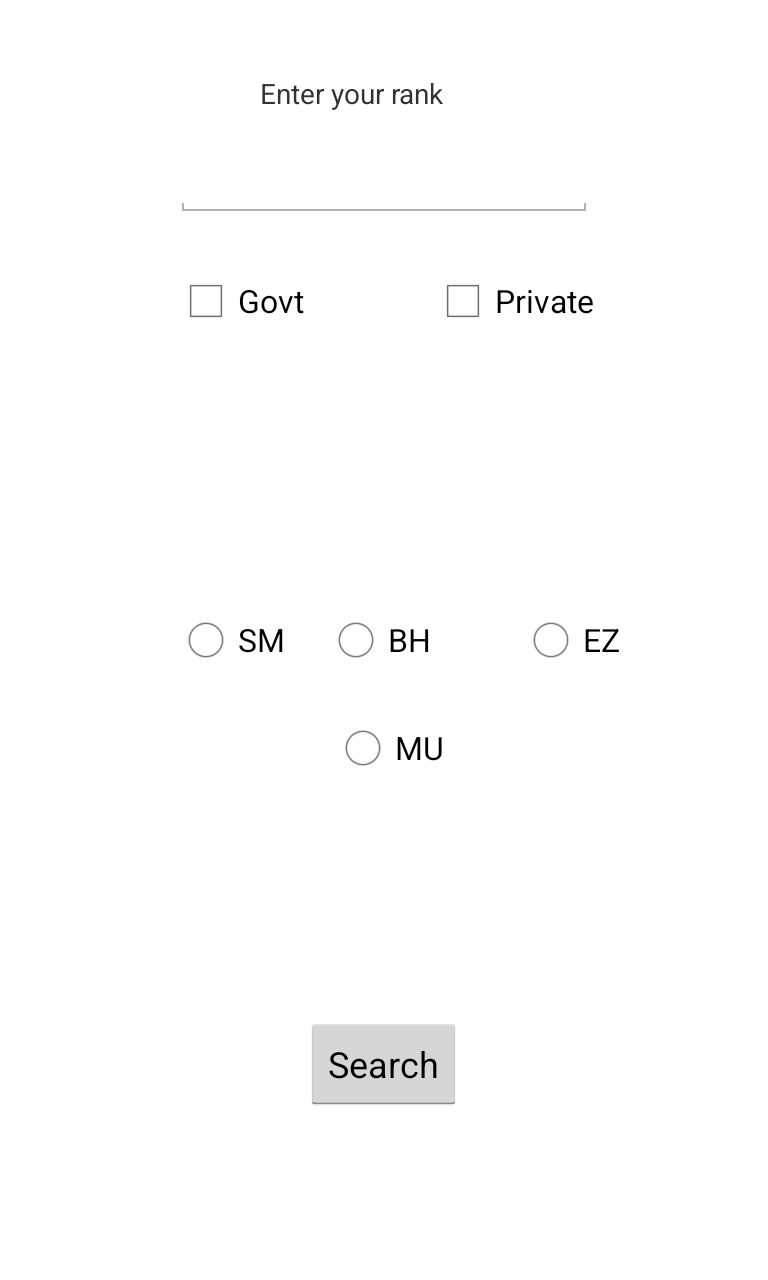
Repository: sandeepsas/Keam360
Layout: KEAM360/res/layout/activity_main.xml
The author's editor kept a copy of each file at every save. The layout is drawn from the files as they stood at one save, then again after a run of saves.
It is drawn on a 768 x 1280 px phone screen (xhdpi) without system bars, with theme AppTheme; the app's code is not run.

Above is the layout before, as saved 2015-08-02 18:18:35.

### KEAM360/res/layout/activity_main.xml
<RelativeLayout xmlns:android="http://schemas.android.com/apk/res/android"
    xmlns:tools="http://schemas.android.com/tools"
    android:layout_width="match_parent"
    android:layout_height="match_parent"
    android:paddingBottom="@dimen/activity_vertical_margin"
    android:paddingLeft="@dimen/activity_horizontal_margin"
    android:paddingRight="@dimen/activity_horizontal_margin"
    android:paddingTop="@dimen/activity_vertical_margin"
    tools:context="com.sandeepsas.keam360.MainActivity" >

    <TextView
        android:id="@+id/textView1"
        android:layout_width="wrap_content"
        android:layout_height="wrap_content"
        android:layout_alignLeft="@+id/editText1"
        android:layout_alignParentTop="true"
        android:layout_marginLeft="43dp"
        android:layout_marginTop="21dp"
        android:text="Enter your rank" />

    <EditText
        android:id="@+id/editText1"
        android:layout_width="wrap_content"
        android:layout_height="wrap_content"
        android:layout_below="@+id/textView1"
        android:layout_centerHorizontal="true"
        android:layout_marginTop="14dp"
        android:ems="10" />

    <CheckBox
        android:id="@+id/checkBox1"
        android:layout_width="wrap_content"
        android:layout_height="wrap_content"
        android:layout_alignLeft="@+id/editText1"
        android:layout_below="@+id/editText1"
        android:layout_marginTop="25dp"
        android:text="Govt" />

    <CheckBox
        android:id="@+id/checkBox2"
        android:layout_width="wrap_content"
        android:layout_height="wrap_content"
        android:layout_alignBaseline="@+id/checkBox1"
        android:layout_alignBottom="@+id/checkBox1"
        android:layout_alignRight="@+id/editText1"
        android:text="Private" />

    <Button
        android:id="@+id/button1"
        android:layout_width="wrap_content"
        android:layout_height="wrap_content"
        android:layout_alignParentBottom="true"
        android:layout_centerHorizontal="true"
        android:layout_marginBottom="68dp"
        android:text="Search" />

    <RadioButton
        android:id="@+id/radioButton1"
        android:layout_width="wrap_content"
        android:layout_height="wrap_content"
        android:layout_alignLeft="@+id/checkBox1"
        android:layout_centerVertical="true"
        android:text="SM" />

    <RadioButton
        android:id="@+id/RadioButton01"
        android:layout_width="wrap_content"
        android:layout_height="wrap_content"
        android:layout_centerVertical="true"
        android:layout_toLeftOf="@+id/checkBox2"
        android:text="BH" />

    <RadioButton
        android:id="@+id/RadioButton02"
        android:layout_width="wrap_content"
        android:layout_height="wrap_content"
        android:layout_centerVertical="true"
        android:layout_marginLeft="28dp"
        android:layout_toRightOf="@+id/button1"
        android:text="EZ" />

    <RadioButton
        android:id="@+id/RadioButton03"
        android:layout_width="wrap_content"
        android:layout_height="wrap_content"
        android:layout_alignRight="@+id/textView1"
        android:layout_below="@+id/RadioButton01"
        android:layout_marginTop="22dp"
        android:text="MU" />

</RelativeLayout>

Loaded but not shown: KEAM360/res/values/styles.xml (common file); KEAM360/res/values-v11/styles.xml (common file); KEAM360/res/values-v14/styles.xml (common file); KEAM360/res/values/dimens.xml (common file); KEAM360/res/values-w820dp/dimens.xml (common file)

After the next 2 saves:
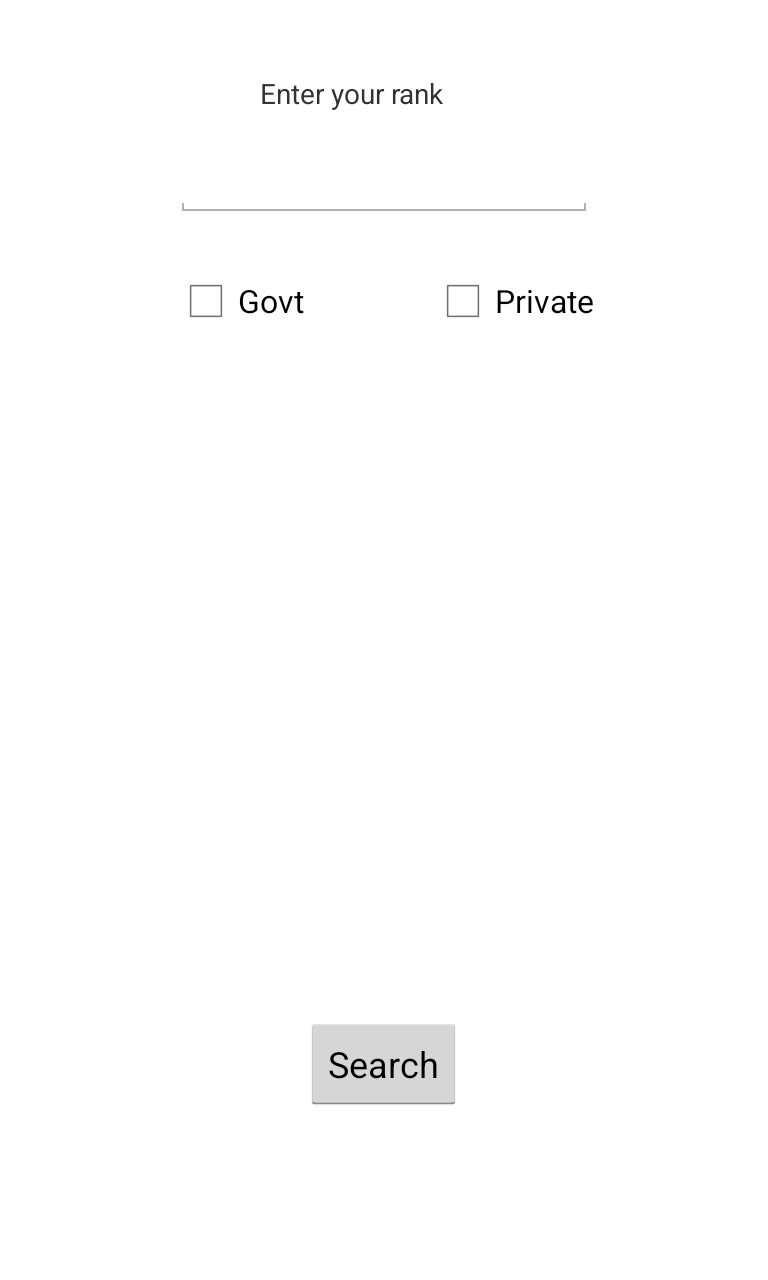
The 2 saves are shown as one change because 1 did not build or start.
The last was saved 2 min 49 s later.
--- a/KEAM360/res/layout/activity_main.xml
+++ b/KEAM360/res/layout/activity_main.xml
@@ -54,6 +54,8 @@
         android:layout_marginBottom="68dp"
         android:text="Search" />
 
+    <RadioGroup>
+
     <RadioButton
         android:id="@+id/radioButton1"
         android:layout_width="wrap_content"
@@ -87,5 +89,6 @@
         android:layout_below="@+id/RadioButton01"
         android:layout_marginTop="22dp"
         android:text="MU" />
+    </RadioGroup>
 
 </RelativeLayout>
